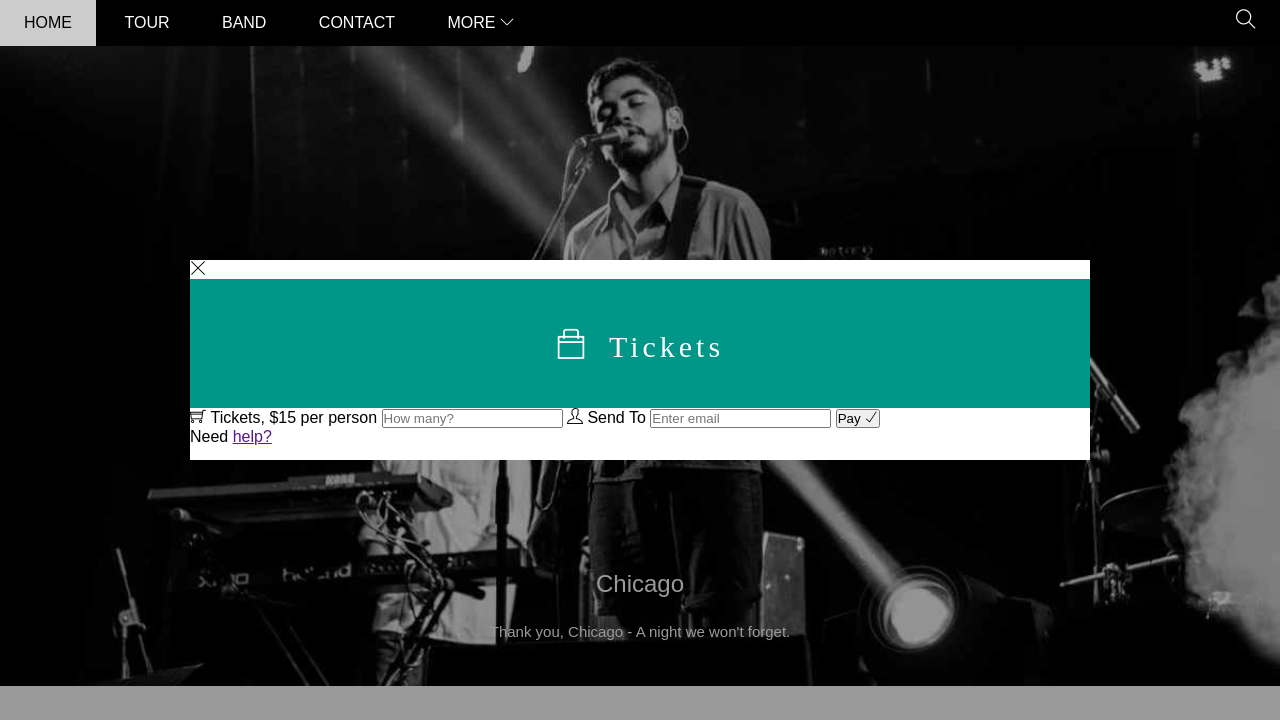
Repository: ducvui2003/LTCB
Page: index.html
An editor plug-in stored every save of this project. The page is shown before and after the next save, followed by the edit.
The browser window is 1280 px wide. The pictures show the window.
A layer covers the whole window, so only the first screen is drawn.

Above is the page before, as saved 2022-01-10 11:58:34.

### index.html
<!DOCTYPE html>
<html lang="en">

<head>
    <meta charset="UTF-8">
    <meta http-equiv="X-UA-Compatible" content="IE=edge">
    <meta name="viewport" content="width=device-width, initial-scale=1.0">
    <title>The Band W3_School</title>
    <link rel="stylesheet" href="./assest/Css/styles.css">
    <link rel="stylesheet" href="./assest/Fonts/themify-icons-font (1)/themify-icons/themify-icons.css">
</head>

<body>
    <div id="main">
        <!-- Begin: Header -->
        <div id="header">
            <!-- Begin: Nav -->
            <ul id="nav">
                <li>
                    <a href="">Home</a>
                </li>
                <li>
                    <a href="">Tour</a>
                </li>
                <li>
                    <a href="">Band</a>
                </li>
                <li>
                    <a href="">Contact</a>
                </li>
                <li>
                    <a href="">
                        More
                        <!-- icons -->
                        <i class="nav-arrow-down ti-angle-down"></i>
                    </a>
                    <ul class="subnav">
                        <li>
                            <a href="">Merchandise</a>
                        </li>
                        <li>
                            <a href="">Extras</a>
                        </li>
                        <li>
                            <a href="">Media</a>
                        </li>
                    </ul>
                </li>
            </ul>
            <!-- End: Nav -->
            <!-- Begin: Search button -->
            <div class="search-button">
                <i class="search-icon ti-search"></i>
            </div>
            <!-- End: Search button -->
        </div>
        <!-- End: Header -->

        <!-- Begin: Slides -->
        <div id="slides">
            <div class="text-content">
                <h2 class="text-heading">Chicago</h2>
                <div class="text-paragraph">Thank you, Chicago - A night we won't forget.
                </div>
            </div>
        </div>
        <!-- End: Slides -->

        <!-- Begin: Content -->
        <div id="content">

            <!-- About section -->
            <div class="content-section">
                <h1 class="section-heading">The Band</h1>
                <p class="section-sub-heading">We love music

                </p>
                <p class="content-text">We have created a fictional band website. Lorem ipsum dolor sit amet, consectetur adipiscing elit, sed do eiusmod tempor incididunt ut labore et dolore magna aliqua. Ut enim ad minim veniam, quis nostrud exercitation ullamco laboris nisi
                    ut aliquip ex ea commodo consequat. Duis aute irure dolor in reprehenderit in voluptate velit esse cillum dolore eu fugiat nulla pariatur. Excepteur sint occaecat cupidatat non proident, sunt in culpa qui officia deserunt mollit anim
                    id est laborum consectetur adipiscing elit, sed do eiusmod tempor incididunt ut labore et dolore magna aliqua. Ut enim ad minim veniam, quis nostrud exercitation ullamco laboris nisi ut aliquip ex ea commodo consequat.</p>

                <!-- Team section -->
                <div class="member-list">
                    <div class="member-item">
                        <p class="member-name">Name</p>
                        <img src="./assest/Img/Teams/membersAvatar.jpg" alt="Name" class="member-avatar">
                    </div>

                    <div class="member-item">
                        <p class="member-name">Name</p>
                        <img src="./assest/Img/Teams/membersAvatar.jpg" alt="Name" class="member-avatar">
                    </div>

                    <div class="member-item">
                        <p class="member-name">Name</p>
                        <img src="./assest/Img/Teams/membersAvatar.jpg" alt="Name" class="member-avatar">
                    </div>
                    <div class="clear"></div>
                </div>
            </div>

            <!-- Tour section -->
            <div class="tour-section">
                <div class="content-section">
                    <h1 class=" text-white section-heading">TOUR DATES</h1>
                    <p class="text-white section-sub-heading">Remember to book your tickets!</p>

                    <!-- Ticket-list -->
                    <ul class="ticket-list">
                        <li>September<span class="sold-out">Sold out</span></li>
                        <li>October<span class="sold-out">Sold out</span></li>
                        <li>November <span class="quantity">3</span></li>
                    </ul>

                    <!-- Places -->
                    <div class="place-list">
                        <!-- Place 1 -->
                        <div class="place-ticket">
                            <img src="./assest/Img/Places/place1.jpg" alt="New York" class="place-img">
                            <div class="place-body">
                                <h3 class="place-heading">New York</h3>
                                <p class="place-time">Fri 27 Nov 2016</p>
                                <p class="place-desc">Praesent tincidunt sed tellus ut rutrum sed vitae justo.</p>
                                <a href="#" class="buy-ticket">Buy Tickets</a>
                            </div>
                        </div>
                        <!-- Place 2 -->
                        <div class="place-ticket">
                            <img src="./assest/Img/Places/place2.jpg" alt="Paris" class="place-img">
                            <div class="place-body">
                                <h3 class="place-heading">Paris</h3>
                                <p class="place-time">Sat 28 Nov 2016</p>
                                <p class="place-desc">Praesent tincidunt sed tellus ut rutrum sed vitae justo.</p>
                                <a href="#" class="buy-ticket">Buy Tickets</a>
                            </div>
                        </div>
                        <!-- Place 3 -->
                        <div class="place-ticket">
                            <img src="./assest/Img/Places/place3.jpg" alt="San Francisco" class="place-img">
                            <div class="place-body">
                                <h3 class="place-heading">San Francisco</h3>
                                <p class="place-time">Sun 29 Nov 2016</p>
                                <p class="place-desc">Praesent tincidunt sed tellus ut rutrum sed vitae justo.</p>
                                <a href="#" class="buy-ticket">Buy Tickets</a>
                            </div>
                        </div>
                        <div class="clear"></div>
                    </div>
                </div>
            </div>

            <!-- Contact section -->
            <div class="content-section">
                <h1 class="section-heading">CONTACT</h1>
                <p class="section-sub-heading">Fan? Drop a note! </p>

            </div>

            <!-- End: Content -->
            <div id="footer"></div>
        </div>
    </div>

    <!-- Modal -->
    <div class="modal">

        <div class="modal-container">
            <div class="modal-close">
                <ti class="ti-close"></ti>
            </div>

            <!-- Thẻ header dùng y như thẻ div -->
            <header class="heading-modal">
                <i class="ti-bag">
            Tickets
            </i>
            </header>

            <div class="modal-body">
                <label for="" class="modal-label">
                    <i class="ti-shopping-cart"></i>
                    Tickets, $15 per person
                </label>
                <input type="text" class="modal-input" placeholder="How many?">

                <label for="" class="modal-label">
                    <i class="ti-user"></i>
                    Send To
                </label>
                <input type="email" class="modal-input" placeholder="Enter email">
                <button class="bay-ticket">
                    Pay
                    <i class="ti-check">
                    </i>
                </button>
            </div>

            <footer class="modal-footer">
                <p class="modal-help">Need <a href="">help?</a></p>
            </footer>
        </div>
    </div>

</body>

</html>

### assest/Css/styles.css
* {
    padding: 0;
    margin: 0;
    box-sizing: border-box;
}

html {
    font-family: Arial, Helvetica, sans-serif;
}

.clear {
    clear: both;
}


/* Dung cho chu mau trang */

.text-white {
    color: white !important;
}

#main {}

#header {
    position: fixed;
    top: 0;
    right: 0;
    left: 0;
    /* fixed đang nổi lên nó sẽ nhường vị trí cho div slides tiếp theo */
    height: 46px;
    background-color: black;
    z-index: 1;
    /* dùng để thêm vào thẻ fixed nhằm đẩy block lên trên các block khác theo chiều cao, giá trị là 0, 1,... */
}

#nav {
    display: inline-block;
    /* display để thẻ nav chỉ dài đúng nội dung của nó thôi */
}

#nav,
.subnav {
    list-style: none;
}

#nav>li {
    display: inline-block;
}

#nav li {
    position: relative;
}

#nav>li>a {
    color: white;
    text-transform: uppercase;
    /* chinh chu thuong thanh hoa */
}

#nav li a {
    text-decoration: none;
    line-height: 46px;
    padding: 0 24px;
    display: block;
}

#nav li:hover .subnav {
    display: block;
}

#nav>li:hover>a,
#nav .subnav li:hover a {
    background-color: #ccc;
    color: black;
}

#nav li:hover a {
    /* line-height: 46px; */
}

#nav .subnav {
    display: none;
    position: absolute;
    top: 46px;
    background-color: #fff;
    box-shadow: 0 0 10px rgba(0, 0, 0, 0.3);
}

#nav .subnav li a {
    color: black;
    padding: 0 16px;
    line-height: 38px;
    width: 160px;
}

#nav .nav-arrow-down {
    font-size: 14px;
}

#header .search-button {
    float: right;
    /* thẻ search-button là thẻ div, có tính kế thừa chiều ngang, nên khi float vào sẽ vô hiệu hoá tính kế thừa chiều ngang đó */
    line-height: 46px;
    padding: 0 24px;
}

#header .search-button:hover {
    background-color: #f44336;
    cursor: pointer;
    /* Dùng để thay đổi con trỏ chuột khi di vào */
}

#header .search-icon {
    color: white;
    font-size: 20px;
}

#slides {
    /* min-height: 1000px; */
    /* background-color: pink; */
    margin-top: 46px;
    padding-top: 50%;
    /* 50% chieu ngang cua chinh the do */
    background: url('/assest/Img/Slides/ChicagoPicture.jpg') top center / cover no-repeat;
    /* shorthand */
    position: relative;
}

#slides .text-content {
    position: absolute;
    bottom: 46px;
    left: 50%;
    /* Cách lề trái 50% chiều ngang */
    transform: translateX(-50%);
    /* Dùng để lùi thẻ theo trục X 50% chiều dài -> Mục đích kết hợp vs transform để căn giữa block */
    color: white;
    text-align: center;
    /* Dùng để căn giữa content, ko dùng để căn block */
    /* cách 2: Thêm width: 100% */
    /* /* cách 3 left: 0 right: 0; */
}

#slides .text-heading {
    font-weight: 500;
    /* dùng để điều chỉnh lại độ dày của chữ, giá trị từ 100-1000  */
    font-size: 24px;
    margin-bottom: 25px;
}

#slides .text-paragraph {
    font-size: 15px;
}

#content {}

#content .content-section {
    width: 800px;
    padding: 64px 0;
    margin-left: auto;
    margin-right: auto;
}

#content .section-heading {
    font-size: 30px;
    font-weight: 500;
    text-align: center;
    letter-spacing: 4px;
}

#content .section-sub-heading {
    font-size: 15px;
    text-align: center;
    margin-top: 25px;
    font-style: italic;
    opacity: 0.5;
}

#content .content-text {
    font-size: 15px;
    margin-top: 25px;
    text-align: justify;
    /* Can deu van ban */
    line-height: 1.4;
    /* Khoang cach giua 2 hang chu */
}

#content .member-list {
    margin-top: 48px;
    /* overflow: hidden; */
}

#content .member-item {
    float: left;
    width: calc(100% /3);
    text-align: center;
    /* Can hinh voi chu */
}

#content .member-name {
    font-size: 15px;
}

#content .member-avatar {
    margin-top: 15px;
    width: 154px;
    /* Dung the <img> thì chỉ cần đặt 1 chiều */
    border-radius: 4px;
    /* Dùng để tạo bo góc của ảnh */
}


/* Tour-section */

#content .tour-section {
    background-color: black;
}


/* Ticket-list */

.ticket-list {
    background-color: white;
    margin-top: 40px;
}

.ticket-list li {
    font-size: 15px;
    padding: 11px 16px;
    border-bottom: 1px solid #ddd;
    color: #757575;
    list-style: none;
}

.ticket-list .sold-out {
    color: white;
    background-color: #f44336;
    margin-left: 16px;
    padding: 3px 4px;
}

.ticket-list .quantity {
    float: right;
    width: 24px;
    height: 24px;
    border-radius: 50%;
    /* Tao bop goc deu de co hinh tron */
    text-align: center;
    line-height: 24px;
    background-color: black;
    color: white;
    margin: -2px;
    /* Có thẻ float nên có thuộc tính block -> xét đc width, height, dùng đc margin (-) */
}


/* Plac-list */

.place-list {
    margin: 32px -8px 0px -8px;
    padding-bottom: 48px;
}

.place-ticket {
    float: left;
    width: calc(100% / 3);
    padding: 0 8px;
}

.place-img {
    width: 100%;
    display: block;
}

.place-img:hover {
    opacity: 0.6;
}

.place-body {
    background-color: white;
    padding: 16px;
    font-size: 15px;
    /* font-size có tính kế thừa */
}

.place-heading {
    font-size: 15px;
    font-weight: 600;
}

.place-time {
    margin-top: 15px;
    color: #757575;
}

.place-desc {
    margin-top: 15px;
    line-height: 1.4;
}

.buy-ticket {
    color: white;
    background-color: black;
    text-decoration: none;
    display: inline-block;
    padding: 11px 16px;
    margin-top: 15px;
}

.buy-ticket:hover {
    color: black;
    background-color: #ccc;
}

#footer {}

.modal {
    /* Create Overlay */
    position: fixed;
    left: 0;
    right: 0;
    top: 0;
    bottom: 0;
    background-color: rgba(0, 0, 0, 0.4);
    /* Flex-box */
    display: flex;
    /* Căn items theo chiều cao */
    align-items: center;
    /* Căn items theo chiều ngang */
    justify-content: center;
}

.modal-container {
    background-color: #fff;
    width: 900px;
    min-height: 200px;
    position: relative;
}

.heading-modal {
    width: 900px;
    height: 129px;
    /* flex */
    display: flex;
    align-items: center;
    justify-content: center;
    background-color: #009688;
    font-size: 30px;
    color: white;
    font-family: 'Segoe UI', Tahoma, Geneva, Verdana, sans-serif;
    letter-spacing: 4px;
}

Loaded but not shown: assest/Fonts/themify-icons-font (1)/themify-icons/themify-icons.css (common file)

After the next save:
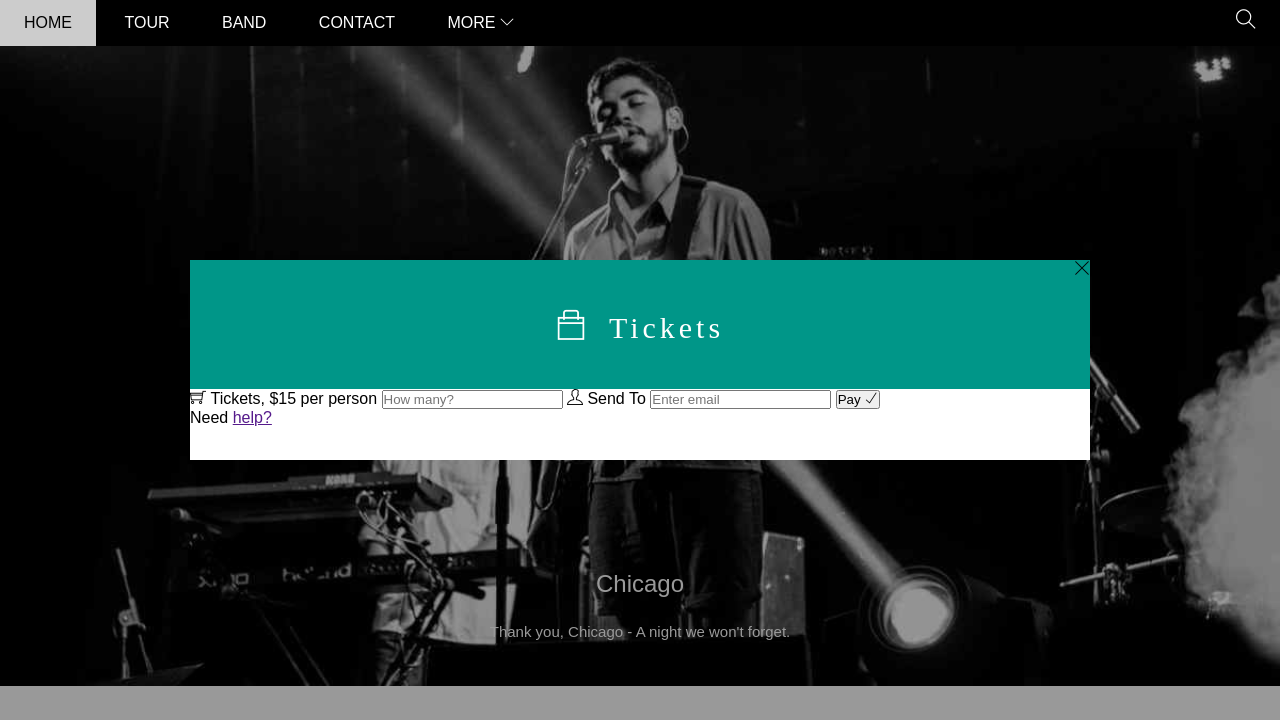
Saved 32 s later.
--- a/assest/Css/styles.css
+++ b/assest/Css/styles.css
@@ -336,6 +336,12 @@
     position: relative;
 }
 
+.modal-container .modal-close {
+    position: absolute;
+    top: 0;
+    right: 0;
+}
+
 .heading-modal {
     width: 900px;
     height: 129px;
